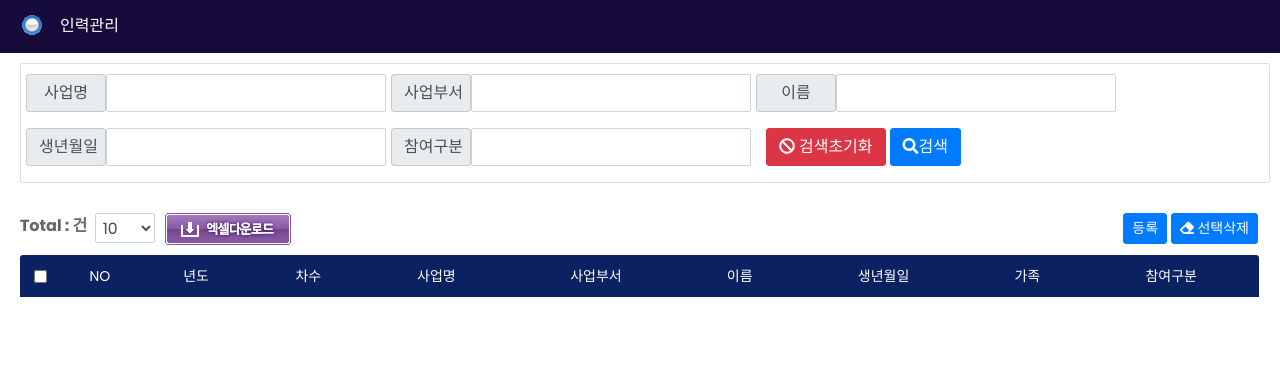
Repository: kimnamgu/GangNamGu
Page: http://localhost/manpower/WEB-INF/jsp/manage/workerMng.jsp
These files come from the project's save history. The page is drawn as it stood at one moment and after the next save; the edit follows.
The browser window is 1280 px wide. The pictures show the whole page.
The page is served by Tomcat 9. Nobody is signed in. The template is opened directly, without the code that normally fills it, so the values that code supplies are empty.

Above is the page before, as saved 2020-11-04 04:00:20.
Console error: TypeError: Cannot read properties of undefined (reading 'replace')

After the next save:
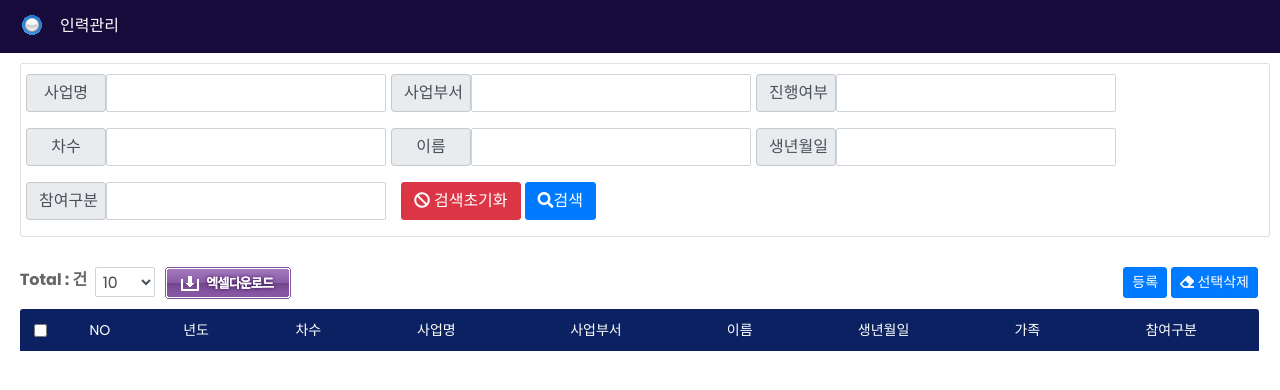
Saved 59 s later.
--- a/manpower/src/main/webapp/WEB-INF/jsp/manage/workerMng.jsp
+++ b/manpower/src/main/webapp/WEB-INF/jsp/manage/workerMng.jsp
@@ -348,6 +348,20 @@
 
 					<div class="form-group" style="width: 360;float:left;margin-left:5px;">
 						<div class="input-group">
+							<div class="input-group-addon" style="width: 80px;">진행여부</div>
+							<input type="text" id="NAME" name="NAME" value="" class="form-control">
+						</div>
+					</div>
+
+					<div class="form-group" style="width: 360;float:left;margin-left:5px;">
+						<div class="input-group">
+							<div class="input-group-addon" style="width: 80px;">차수</div>
+							<input type="text" id="NAME" name="NAME" value="" class="form-control">
+						</div>
+					</div>
+
+					<div class="form-group" style="width: 360;float:left;margin-left:5px;">
+						<div class="input-group">
 							<div class="input-group-addon" style="width: 80px;">이름</div>
 							<input type="text" id="NAME" name="NAME" value="" class="form-control">
 						</div>
